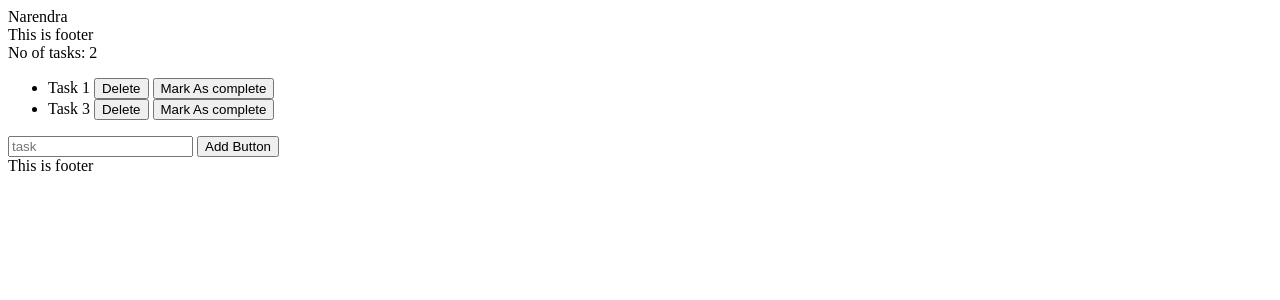
Repository: narendraiitm/jan-2023-term-live-session
Page: todo-vue/index.html
These files come from the project's save history. The page is drawn as it stood at one moment and after the next save; the edit follows.
The browser window is 1280 px wide. The pictures show the whole page.

Above is the page before, as saved 2023-02-16 17:48:06.

### todo-vue/index.html
<!DOCTYPE html>
<html lang="en">
  <head>
    <meta charset="UTF-8" />
    <meta http-equiv="X-UA-Compatible" content="IE=edge" />
    <meta name="viewport" content="width=device-width, initial-scale=1.0" />
    <title>Document</title>
    <style>
      .complete {
        color: red;
      }
    </style>
  </head>
  <body>
    <div id="app"></div>
    <script src="https://cdn.jsdelivr.net/npm/vue@2/dist/vue.js"></script>
    <script src="./app.js" type="module"></script>
  </body>
</html>

### todo-vue/app.js
import Footer from './Components/Footer.js'
import Task from './Components/Task.js'

Vue.component('Header', {
  template: `<div> {{name}}
  <Footer />
  </div>`,
  data() {
    return {
      name: 'Narendra',
    }
  },
  components: {
    Footer: Footer,
  },
})

new Vue({
  // options object
  el: '#app',
  template: `<div>
  <Header />
  <div> No of tasks: {{noOfTasks}} </div>
  <ul>

    <li v-for='(task, index) in tasks'>
        <Task childTask="{name: 'Narendra'}" />
        <span :class='{complete: task.complete}'>{{task.name}}</span>
        <button @click='deleteTask(index)'> Delete</button>
        <button @click='markAsComplete(index)'> Mark As complete</button>
    </li>
  </ul>
  <input placeholder='task' v-model='currentTask' />
  <button @click='addTask()'> Add Button </button>
  <Footer />
  </div>`,
  data: {
    currentTask: null,
    tasks: [
      { name: 'Task 1', complete: false },
      { name: 'Task 3', complete: false },
    ],
  },
  components: {
    Footer,
    Task,
  },
  methods: {
    addTask() {
      this.tasks.push({ name: this.currentTask })
    },
    deleteTask(index) {
      this.tasks.splice(index, 1)
    },
    markAsComplete(index) {
      this.tasks[index].complete = true
    },
  },
  computed: {
    noOfTasks() {
      return this.tasks.length
    },
  },
  watch: {
    currentTask(newVal, oldVal) {
      if (newVal.length > 5) {
        alert('Length of the task cannot be more then 5')
      }
    },
  },
})

### todo-vue/Components/Footer.js
export default {
  template: `<div> This is footer </div>`,
}

### todo-vue/Components/Task.js
export default {
  template: `<div>
    <span>{{childTask.name}}</span>
    </div>`,
  props: ['childTask'],
}

After the next save:
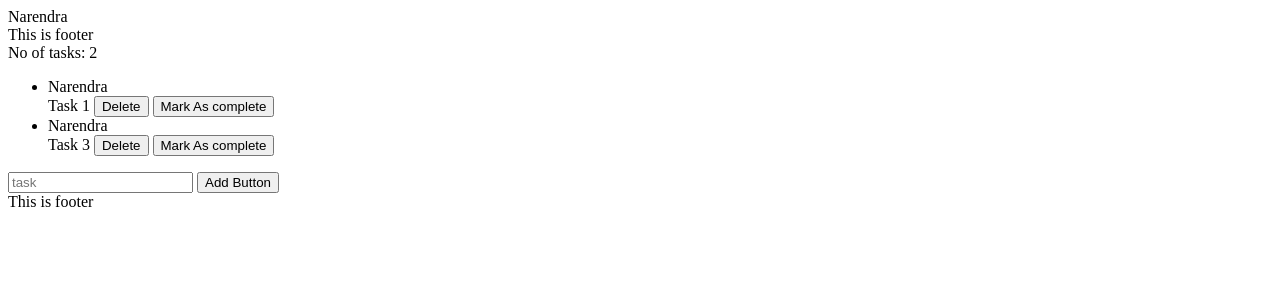
Saved 26 s later.
--- a/todo-vue/app.js
+++ b/todo-vue/app.js
@@ -24,7 +24,7 @@ new Vue({
   <ul>
 
     <li v-for='(task, index) in tasks'>
-        <Task childTask="{name: 'Narendra'}" />
+        <Task :childTask="{name: 'Narendra'}" />
         <span :class='{complete: task.complete}'>{{task.name}}</span>
         <button @click='deleteTask(index)'> Delete</button>
         <button @click='markAsComplete(index)'> Mark As complete</button>
